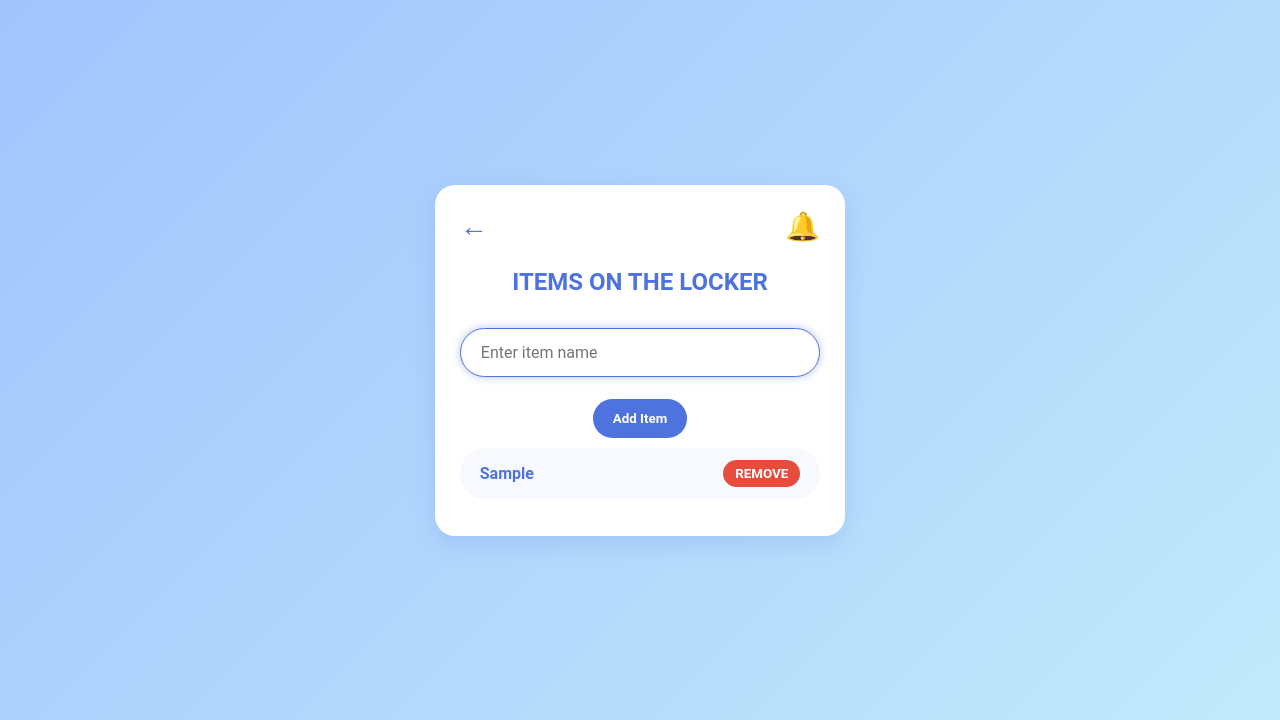
Repository: chaalim/smartlockerapp
Page: smart-locker-app/items.html
An editor plug-in stored every save of this project. The page is shown before and after the next save, followed by the edit.
The browser window is 1280 px wide. The pictures show the whole page.
Empty fields were first filled with sample values (such as "Sample", 5 or name@example.com).
After loading, the first visible `#item-form` was submitted once.

Above is the page before, as saved 2025-05-19 15:35:04.

### smart-locker-app/items.html
<!-- items.html -->
<!DOCTYPE html>
<html lang="en">
<head>
  <meta charset="UTF-8" />
  <meta name="viewport" content="width=device-width, initial-scale=1.0"/>
  <title>Smart Locker – Items</title>
  <link rel="stylesheet" href="styles.css" />
</head>
<body>
  <div class="dashboard-container">
    <div class="dashboard-header">
      <span class="icon" onclick="goTo('dashboard.html')">&#8592;</span>
      <span class="icon" onclick="goTo('notifications.html')">&#128276;</span>
    </div>

    <h2>ITEMS ON THE LOCKER</h2>

    <form id="item-form">
      <input
        type="text"
        id="item-input"
        class="input"
        placeholder="Enter item name"
        required
      />
      <button type="submit" class="dashboard-btn">Add Item</button>
    </form>

    <div class="item-list" id="item-list"></div>
  </div>

  <script>
    // Navigation helper (if not in app.js)
    function goTo(page) {
      window.location.href = page;
    }

    document.addEventListener('DOMContentLoaded', () => {
      const form = document.getElementById('item-form');
      const input = document.getElementById('item-input');
      const list  = document.getElementById('item-list');

      form.addEventListener('submit', e => {
        e.preventDefault();
        const val = input.value.trim();
        if (!val) return;

        // Create item container
        const itemDiv = document.createElement('div');
        itemDiv.className = 'item';
        itemDiv.style.display = 'flex';
        itemDiv.style.justifyContent = 'space-between';
        itemDiv.style.alignItems = 'center';
        itemDiv.innerHTML = `
          <span>${val}</span>
          <button class="btn-remove">REMOVE</button>
        `;

        // Append and hook remove
        list.appendChild(itemDiv);
        itemDiv.querySelector('.btn-remove').addEventListener('click', () => {
          itemDiv.remove();
        });

        // Clear input
        input.value = '';
        input.focus();
      });
    });
  </script>
</body>
</html>

### smart-locker-app/styles.css
/* ===== Global Styles ===== */
* {
  margin: 0;
  padding: 0;
  box-sizing: border-box;
  font-family: 'Roboto', sans-serif;
}

body {
  background: linear-gradient(135deg, #a1c4fd, #c2e9fb);
  color: #333;
  min-height: 100vh;
  display: flex;
  justify-content: center;
  align-items: center;
  padding: 20px;
}

/* ===== Container ===== */
.container {
  background: #ffffff;
  border-radius: 20px;
  padding: 40px 30px;
  box-shadow: 0 8px 24px rgba(46, 89, 217, 0.15);
  width: 100%;
  max-width: 400px;
  text-align: center;
}

/* ===== Logo ===== */
.logo {
  width: 120px;
  margin-bottom: 25px;
  user-select: none;
}

/* ===== Headings ===== */
h1, h2 {
  font-weight: 700;
  color: #4e73df;
  margin-bottom: 20px;
}

/* ===== Inputs ===== */
.input {
  width: 100%;
  padding: 14px 20px;
  margin: 12px 0;
  border: 1.8px solid #ddd;
  border-radius: 25px;
  font-size: 16px;
  transition: border-color 0.3s ease, box-shadow 0.3s ease;
  outline: none;
}

.input:focus {
  border-color: #4e73df;
  box-shadow: 0 0 8px rgba(78, 115, 223, 0.4);
}

/* ===== Buttons ===== */
.btn {
  width: 100%;
  padding: 14px 0;
  background-color: #4e73df;
  color: white;
  border: none;
  border-radius: 25px;
  font-size: 18px;
  font-weight: 600;
  cursor: pointer;
  margin-top: 20px;
  transition: background-color 0.3s ease;
  user-select: none;
}

.btn:hover {
  background-color: #2e59d9;
}

/* ===== Links ===== */
.link {
  display: inline-block;
  margin-top: 15px;
  color: #4e73df;
  font-weight: 600;
  text-decoration: none;
  font-size: 14px;
  transition: color 0.3s ease;
}

.link:hover {
  text-decoration: underline;
  color: #2e59d9;
}

/* ===== Profile Page Specific ===== */
.profile {
  max-width: 450px;
}

.top-bar {
  display: flex;
  align-items: center;
  justify-content: flex-start;
  margin-bottom: 25px;
}

.back-btn {
  font-size: 24px;
  background: none;
  border: none;
  cursor: pointer;
  color: #4e73df;
  user-select: none;
  margin-right: 15px;
  transition: color 0.3s ease;
}

.back-btn:hover {
  color: #2e59d9;
}

.profile-icon {
  width: 50px;
  height: 50px;
  border-radius: 50%;
  user-select: none;
}

.profile-box {
  text-align: left;
  background: #f7f9ff;
  border-radius: 15px;
  padding: 30px;
  box-shadow: inset 0 0 10px rgba(78, 115, 223, 0.1);
}

.profile-details .detail {
  margin-bottom: 18px;
  font-size: 16px;
  color: #555;
}

.profile-details strong {
  color: #4e73df;
}

.btn-edit, .btn-save {
  background-color: #4e73df;
  color: white;
  border-radius: 25px;
  padding: 12px 25px;
  border: none;
  cursor: pointer;
  font-weight: 600;
  width: 100%;
  margin-top: 20px;
  transition: background-color 0.3s ease;
}

.btn-edit:hover, .btn-save:hover {
  background-color: #2e59d9;
}

/* ===== Notifications ===== */
.notifications {
  max-width: 400px;
  margin: 20px auto 0;
}

.notif {
  background-color: #e9f0ff;
  border-left: 5px solid #4e73df;
  padding: 15px 20px;
  margin-bottom: 15px;
  border-radius: 10px;
  font-size: 15px;
  color: #333;
}

.notif small {
  display: block;
  margin-top: 6px;
  color: #666;
}

/* ===== Locker Status ===== */
.locked {
  color: #e74c3c;
  font-weight: 700;
}

.unlocked {
  color: #27ae60;
  font-weight: 700;
}

.log-list {
  list-style-type: none;
  padding-left: 0;
  font-size: 15px;
  color: #444;
  margin-bottom: 20px;
}

.log-list li {
  padding: 8px 0;
  border-bottom: 1px solid #eee;
}

/* ===== Calendar placeholder ===== */
.calendar {
  background: #f7f9ff;
  padding: 15px;
  border-radius: 15px;
  text-align: center;
  font-size: 16px;
  color: #4e73df;
  box-shadow: inset 0 0 10px rgba(78, 115, 223, 0.1);
}

/* ===== Items Page ===== */
.dashboard-container {
  max-width: 420px;
  margin: 20px auto;
  background: white;
  border-radius: 20px;
  padding: 25px;
  box-shadow: 0 8px 24px rgba(46, 89, 217, 0.15);
  text-align: center;
}

.dashboard-header {
  display: flex;
  justify-content: space-between;
  margin-bottom: 25px;
}

.dashboard-header .icon {
  font-size: 28px;
  cursor: pointer;
  color: #4e73df;
  user-select: none;
  transition: color 0.3s ease;
}

.dashboard-header .icon:hover {
  color: #2e59d9;
}

.dashboard-btn {
  background-color: #4e73df;
  color: white;
  padding: 12px 20px;
  border: none;
  border-radius: 25px;
  font-weight: 600;
  cursor: pointer;
  margin: 10px 0;
  transition: background-color 0.3s ease;
}

.dashboard-btn:hover {
  background-color: #2e59d9;
}

.item-list .item {
  background-color: #f7f9ff;
  border-radius: 25px;
  padding: 12px 20px;
  margin-bottom: 12px;
  display: flex;
  justify-content: space-between;
  align-items: center;
  font-weight: 600;
  color: #4e73df;
}

.btn-remove {
  background-color: #e74c3c;
  border: none;
  color: white;
  padding: 6px 12px;
  border-radius: 20px;
  cursor: pointer;
  font-weight: 600;
  transition: background-color 0.3s ease;
  user-select: none;
}

.btn-remove:hover {
  background-color: #c0392b;
}

/* ===== Miscellaneous ===== */
.text-link {
  color: #4e73df;
  text-decoration: none;
  font-weight: 600;
  margin-top: 15px;
  display: inline-block;
}

.text-link:hover {
  text-decoration: underline;
  color: #2e59d9;
}

/* ===== Responsive ===== */
@media (max-width: 480px) {
  .container, .dashboard-container {
    padding: 30px 20px;
    width: 100%;
    margin: 10px;
  }
}

### smart-locker-app/js/app.js
// Navigation helper
function goTo(page) {
  window.location.href = page;
}

// Stub for menu toggle (you can implement sidebar toggle here)
function toggleMenu() {
  alert('Menu toggle clicked! Implement sidebar toggle here.');
}

// ===== Sign In =====
function signIn() {
  const email = document.getElementById('signin-email').value.trim();
  const password = document.getElementById('signin-password').value.trim();

  if (email && password) {
    alert('Login successful!');
    goTo('dashboard.html');
  } else {
    alert('Please enter your credentials.');
  }
}

// ===== Register =====
function register() {
  const username = document.getElementById('reg-username').value.trim();
  const email = document.getElementById('reg-email').value.trim();
  const password = document.getElementById('reg-password').value.trim();

  if (username && email && password) {
    alert('Registered successfully!');
    goTo('index.html');
  } else {
    alert('Please fill all fields.');
  }
}

// ===== Save Profile (Edit) =====
function saveProfile() {
  alert('Profile updated!');
  goTo('profile.html');
}

// ===== Items Page Functionality =====
document.addEventListener('DOMContentLoaded', () => {
  const itemForm = document.getElementById('item-form');
  const itemInput = document.getElementById('item-input');
  const itemList = document.getElementById('item-list');

  if (itemForm && itemInput && itemList) {
    itemForm.addEventListener('submit', e => {
      e.preventDefault();
      const val = itemInput.value.trim();
      if (!val) return;

      const div = document.createElement('div');
      div.className = 'item dashboard-btn';
      div.style.display = 'flex';
      div.style.justifyContent = 'space-between';
      div.style.alignItems = 'center';

      div.innerHTML = `
        <span>${val}</span>
        <button class="btn-remove">REMOVE</button>
      `;

      itemList.appendChild(div);

      div.querySelector('.btn-remove').addEventListener('click', () => {
        div.remove();
      });

      itemInput.value = '';
      itemInput.focus();
    });

    // Attach remove event to existing items on page load
    document.querySelectorAll('.btn-remove').forEach(button => {
      button.addEventListener('click', () => {
        button.parentElement.remove();
      });
    });
  }
});

After the next save:
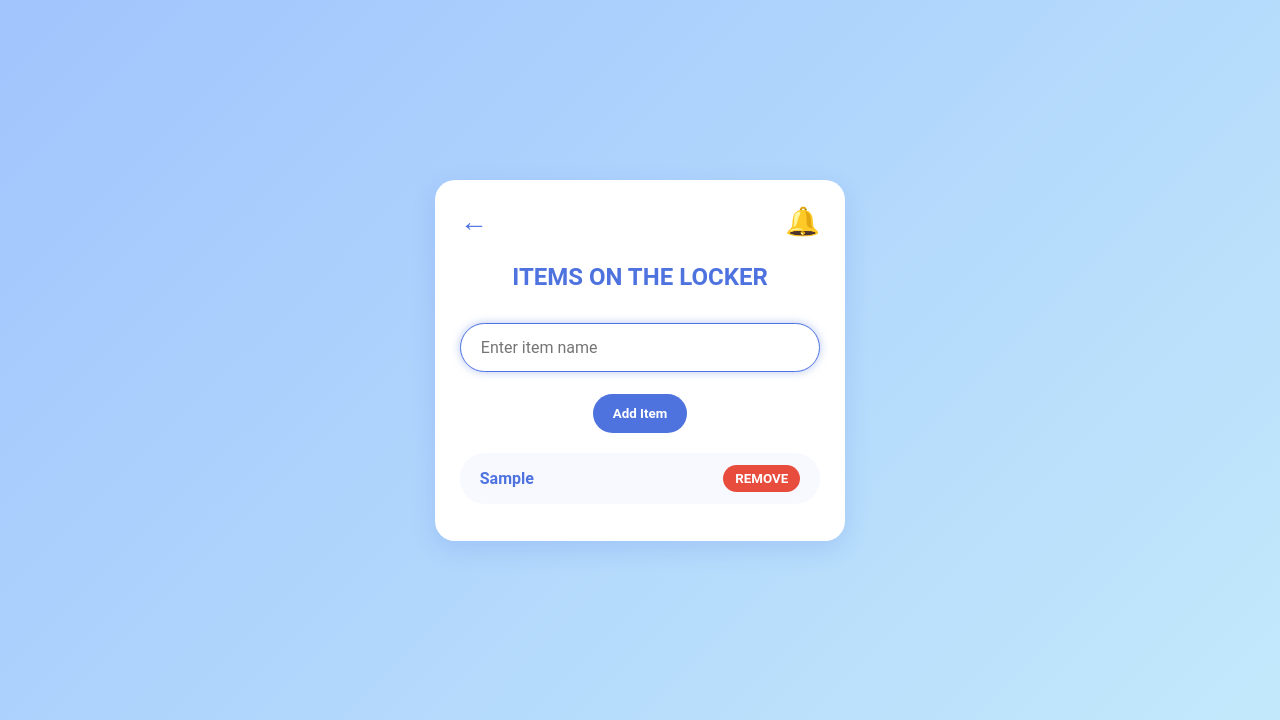
Saved 30 s later.
--- a/smart-locker-app/items.html
+++ b/smart-locker-app/items.html
@@ -10,64 +10,18 @@
 <body>
   <div class="dashboard-container">
     <div class="dashboard-header">
-      <span class="icon" onclick="goTo('dashboard.html')">&#8592;</span>
-      <span class="icon" onclick="goTo('notifications.html')">&#128276;</span>
+      <span class="icon" onclick="window.location.href='dashboard.html'">&#8592;</span>
+      <span class="icon">&#128276;</span>
     </div>
-
     <h2>ITEMS ON THE LOCKER</h2>
-
     <form id="item-form">
-      <input
-        type="text"
-        id="item-input"
-        class="input"
-        placeholder="Enter item name"
-        required
-      />
+      <input type="text" id="item-input" class="input" placeholder="Enter item name" required />
       <button type="submit" class="dashboard-btn">Add Item</button>
     </form>
-
-    <div class="item-list" id="item-list"></div>
+    <div class="item-list" id="item-list">
+      <!-- dynamically inserted items -->
+    </div>
   </div>
-
-  <script>
-    // Navigation helper (if not in app.js)
-    function goTo(page) {
-      window.location.href = page;
-    }
-
-    document.addEventListener('DOMContentLoaded', () => {
-      const form = document.getElementById('item-form');
-      const input = document.getElementById('item-input');
-      const list  = document.getElementById('item-list');
-
-      form.addEventListener('submit', e => {
-        e.preventDefault();
-        const val = input.value.trim();
-        if (!val) return;
-
-        // Create item container
-        const itemDiv = document.createElement('div');
-        itemDiv.className = 'item';
-        itemDiv.style.display = 'flex';
-        itemDiv.style.justifyContent = 'space-between';
-        itemDiv.style.alignItems = 'center';
-        itemDiv.innerHTML = `
-          <span>${val}</span>
-          <button class="btn-remove">REMOVE</button>
-        `;
-
-        // Append and hook remove
-        list.appendChild(itemDiv);
-        itemDiv.querySelector('.btn-remove').addEventListener('click', () => {
-          itemDiv.remove();
-        });
-
-        // Clear input
-        input.value = '';
-        input.focus();
-      });
-    });
-  </script>
+  <script src="app.js"></script>
 </body>
 </html>
